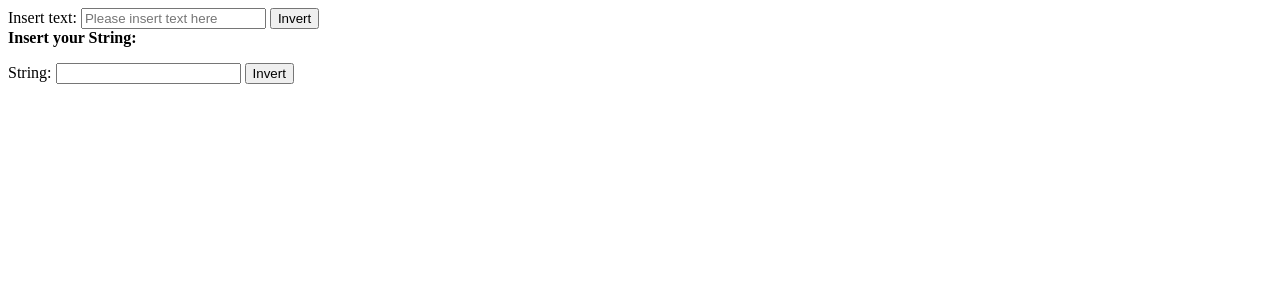
Repository: Micheal11/ReverseStringAssignment
Page: src/MyWidget/widget/template/MyWidget.html
The author's editor kept a copy of each file at every save. The page is drawn from the files as they stood at one save, then again after the next save.
The browser window is 1280 px wide. The pictures show the whole page.

Above is the page before, as saved 2017-07-19 04:57:01.

After the next save:
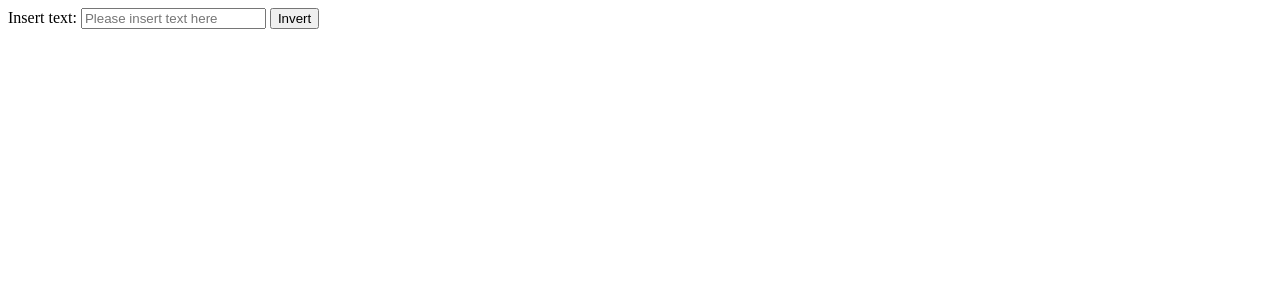
Saved 86 s later.
--- a/src/MyWidget/widget/template/MyWidget.html
+++ b/src/MyWidget/widget/template/MyWidget.html
@@ -2,15 +2,7 @@
     <form>
         <div class=f orm group>
             Insert text: <input type="text" class="form-control" placeholder="Please insert text here" data-dojo-attach-point="textToReverse">
-            <!--</b>
-           <button type="button" data-dojo-attach-event = "onClick: save">Save</button>-->
-           <button type="button" data-dojo-attach-event="onClick: reversedString">Invert</button>
-        </div>
-        <div>
-            <b>Insert your String:</b>
-            <p>String: <input type="text" data-dojo-attach-point="ss">
-                <button type="button" data-dojo-attach-event="onClick: reversedString">Invert</button>
-
+            <button type="button" data-dojo-attach-event="onClick: reversedString">Invert</button>
         </div>
     </form>
     <div class="widgetname-reverseText" data-dojo-attach-point="reverseText" />
